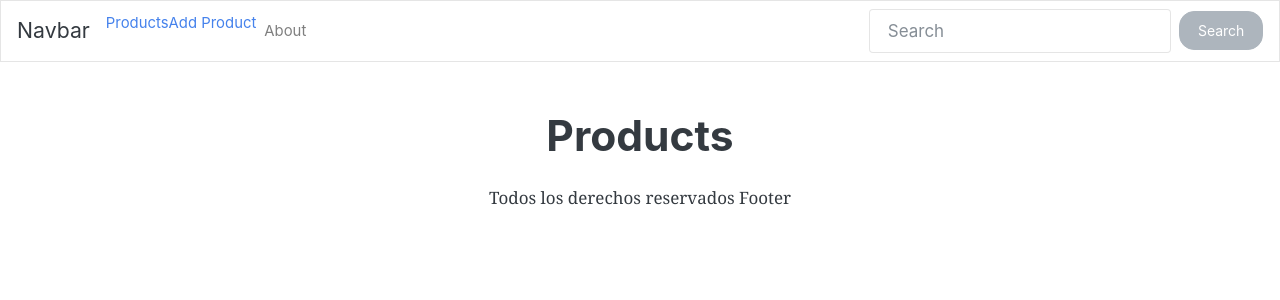
Repository: harrycampaz/router-reactjs
Page: /products
The author's editor kept a copy of each file at every save. The page is drawn from the files as they stood at one save, then again after the next save.
The browser window is 1280 px wide. The pictures show the whole page.
The project was rebuilt for these pictures with package versions that can differ from the ones it lists, and the page was loaded fresh each time. Also part of the build but not shown: src/components/Product/AddProduct.js, src/components/Product/EditProduct.js, src/components/Product/Product.js.

Above is the page before, as saved 2020-01-24 21:06:03.

### public/index.html
<!DOCTYPE html>
<html lang="en">
  <head>
    <meta charset="utf-8" />
    <link rel="icon" href="%PUBLIC_URL%/favicon.ico" />
    <meta name="viewport" content="width=device-width, initial-scale=1" />
    <meta name="theme-color" content="#000000" />
    <meta
      name="description"
      content="Web site created using create-react-app"
    />
    <link rel="apple-touch-icon" href="%PUBLIC_URL%/logo192.png" />
    <!--
      manifest.json provides metadata used when your web app is installed on a
      user's mobile device or desktop. See https://developers.google.com/web/fundamentals/web-app-manifest/
    -->
    <link rel="manifest" href="%PUBLIC_URL%/manifest.json" />
    <link rel="stylesheet" href="/css/bootstrap.min.css">
    <!--
      Notice the use of %PUBLIC_URL% in the tags above.
      It will be replaced with the URL of the `public` folder during the build.
      Only files inside the `public` folder can be referenced from the HTML.

      Unlike "/favicon.ico" or "favicon.ico", "%PUBLIC_URL%/favicon.ico" will
      work correctly both with client-side routing and a non-root public URL.
      Learn how to configure a non-root public URL by running `npm run build`.
    -->
    <title>React App</title>
  </head>
  <body>
    <noscript>You need to enable JavaScript to run this app.</noscript>
    <div id="root"></div>
    <!--
      This HTML file is a template.
      If you open it directly in the browser, you will see an empty page.

      You can add webfonts, meta tags, or analytics to this file.
      The build step will place the bundled scripts into the <body> tag.

      To begin the development, run `npm start` or `yarn start`.
      To create a production bundle, use `npm run build` or `yarn build`.
    -->
  </body>
</html>

### src/App.js
import React from 'react';

import { BrowserRouter as Router, Route, Switch } from 'react-router-dom';
import Products from './components/Product/Products';
import AddProduct from './components/Product/AddProduct';
import EditProduct from './components/Product/EditProduct';
import Product from './components/Product/Product';
import Header from './ui/Header';
import Footer from './ui/Footer';


function App() {
  return (
    <Router>
      <Header/>
      <main className="container mt-5">
        <Switch>
          <Route exact path ="/products" component={Products}/>
          <Route exact path ="/products/:id" component={Product}/>
          <Route exact path ="/add-product" component={AddProduct}/>
          <Route exact path ="/products/editar/:id" component={EditProduct}/>
        </Switch>
      </main>
      <Footer />
    </Router>

  );
}

export default App;

### src/components/Product/Products.js
import React from 'react';

function Products(props) {
    return (
        <h1 className="text-center">Products</h1>
    );
}

export default Products;

### src/ui/Header.js
import React from 'react';
import { Link } from 'react-router-dom';

const Header = (props) => (
    <nav className="navbar navbar-expand-lg navbar-light bg-light">
    <a className="navbar-brand" href="#">Navbar</a>
    <button className="navbar-toggler" type="button" data-toggle="collapse" data-target="#navbarColor03" aria-controls="navbarColor03" aria-expanded="false" aria-label="Toggle navigation">
      <span className="navbar-toggler-icon"></span>
    </button>

    <div className="collapse navbar-collapse" id="navbarColor03">
      <ul className="navbar-nav mr-auto">
        <li className="nav-item active">
          <Link to="/products"> Products
          </Link>
        </li>
        <li className="nav-item">
        <Link to="/add-product"> Add Product
          </Link>
        </li>

        <li className="nav-item">
          <a className="nav-link" href="#">About</a>
        </li>
      </ul>
      <form className="form-inline my-2 my-lg-0">
        <input className="form-control mr-sm-2" type="text" placeholder="Search" />
        <button className="btn btn-secondary my-2 my-sm-0" type="submit">Search</button>
      </form>
    </div>
</nav>
);

export default Header;

### src/ui/Footer.js
import React from 'react';

const Footer = (props) => (
            <div>
                <p className="mt-4 p2 text-center">
                Todos los derechos reservados Footer </p>
            </div>
    );

export default Footer;

Loaded but not shown: src/index.js (common file); src/index.css (common file); src/serviceWorker.js (common file); public/css/bootstrap.min.css (library)

After the next save:
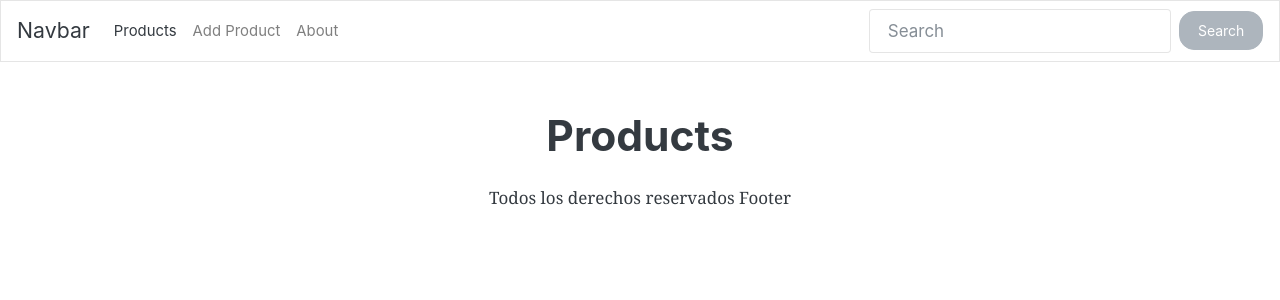
Saved 18 s later.
--- a/src/ui/Header.js
+++ b/src/ui/Header.js
@@ -11,11 +11,11 @@ const Header = (props) => (
     <div className="collapse navbar-collapse" id="navbarColor03">
       <ul className="navbar-nav mr-auto">
         <li className="nav-item active">
-          <Link to="/products"> Products
+          <Link to="/products" className="nav-link" > Products
           </Link>
         </li>
         <li className="nav-item">
-        <Link to="/add-product"> Add Product
+        <Link to="/add-product" className="nav-link" > Add Product
           </Link>
         </li>
 
